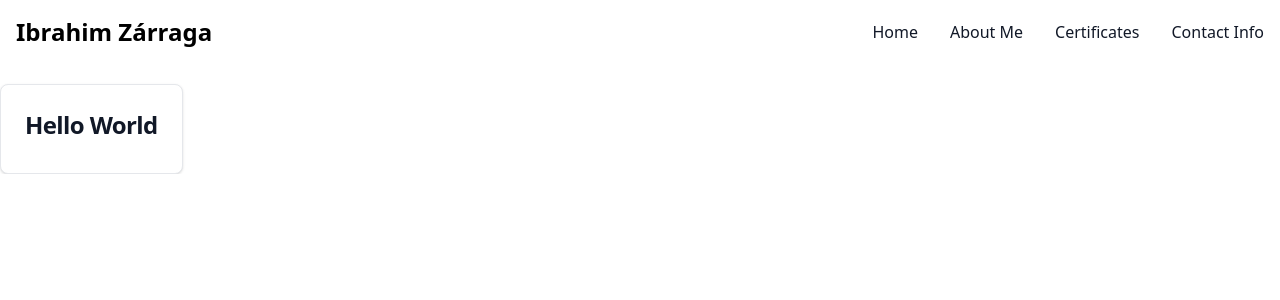
Repository: JetPi/Presentatio-Project
Page: /
An editor plug-in stored every save of this project. The page is shown before and after the next save, followed by the edit.
The browser window is 1280 px wide. The pictures show the whole page.
The project was rebuilt for these pictures with package versions that can differ from the ones it lists, and the page was loaded fresh each time. The framework's server and built-in components were replaced by stand-ins that run in the browser. Also part of the build but not shown: next.config.js.

Above is the page before, as saved 2023-03-30 16:30:47.

After the next save:
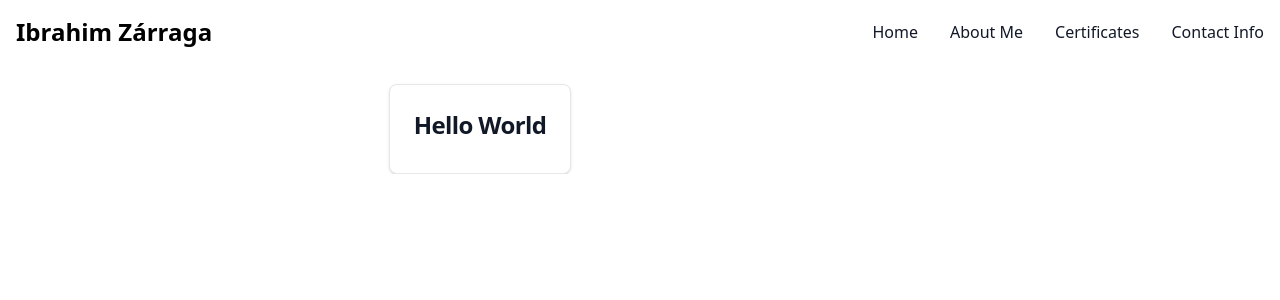
Saved 36 s later.
--- a/src/pages/index.tsx
+++ b/src/pages/index.tsx
@@ -11,9 +11,11 @@
   return (
     <>
       <div className="flex pt-5">
-        <Card href="/about/me">
-          <CardTitle>Hello World</CardTitle>
-        </Card>
+        <div className="flex justify-center w-3/4">
+          <Card href="/about/me">
+            <CardTitle>Hello World</CardTitle>
+          </Card>
+        </div>
       </div>
     </>
   );

After the save that followed:
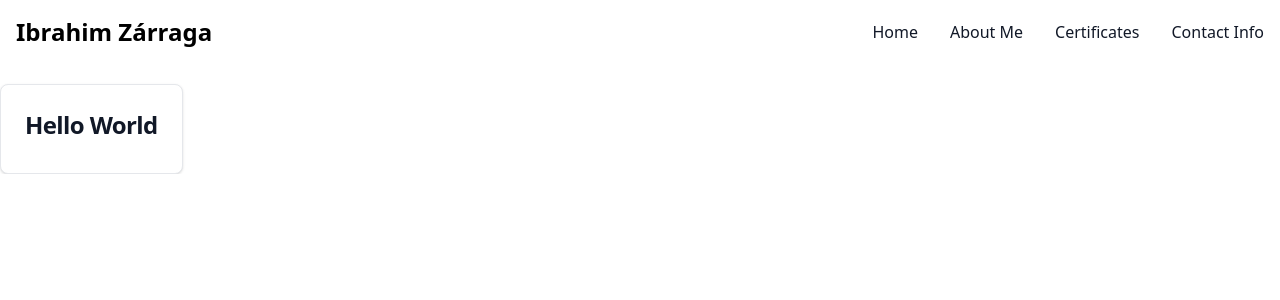
Saved 15 s later.
--- a/src/pages/index.tsx
+++ b/src/pages/index.tsx
@@ -11,7 +11,7 @@
   return (
     <>
       <div className="flex pt-5">
-        <div className="flex justify-center w-3/4">
+        <div className="flex justify-self-center w-3/4">
           <Card href="/about/me">
             <CardTitle>Hello World</CardTitle>
           </Card>
